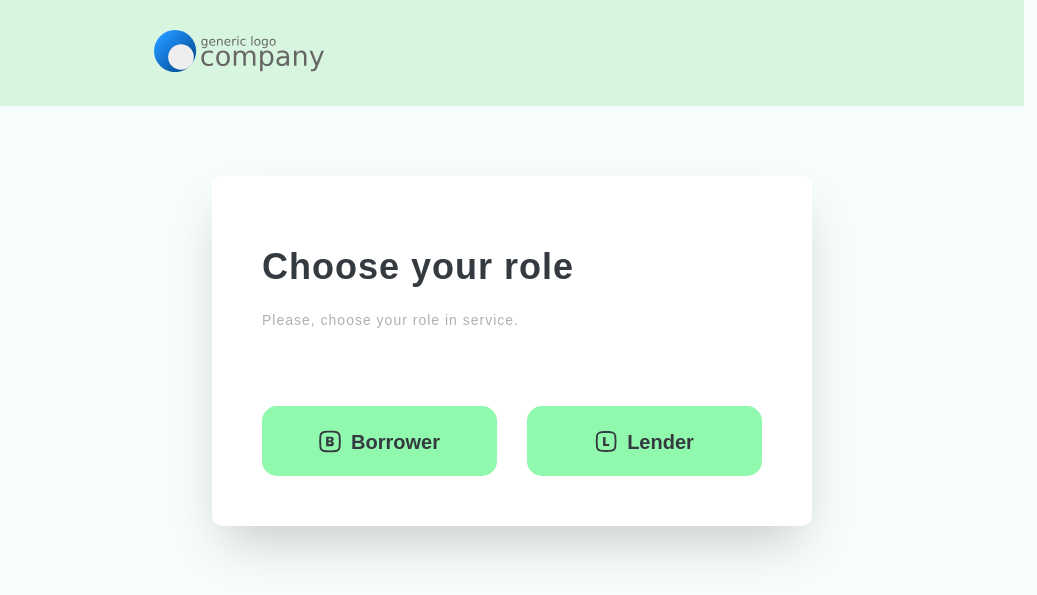
Repository: Andriy-Ma/widgetTask
Page: /
An editor plug-in stored every save of this project. The page is shown before and after a run of saves, followed by the edit.
The browser window is 1024 px wide. The page is 1024 px wide, then 1037 px, then 1024 px, so the pictures cover 1037 px, including what lies to the right of the window. The pictures show the whole page.
The page's requests for data from a server got no answer. Some web fonts or font styles are not loaded; a fallback is used. The project was rebuilt for these pictures with package versions that can differ from the ones it lists, and the page was loaded fresh each time. No one was signed in, and anything a server would have sent is missing. Also part of the build but not shown: src/components/Main/SelectedRoleForm/selectedRoleForm.module.css, src/components/Main/SelectedRoleForm/selectedRoleForm.jsx, src/components/Main/AgreeForm/agreeForm.module.css, src/components/Main/AgreeForm/agreeForm.jsx.

Above is the page before, as saved 2022-08-30 15:16:50.

After the next 2 saves:
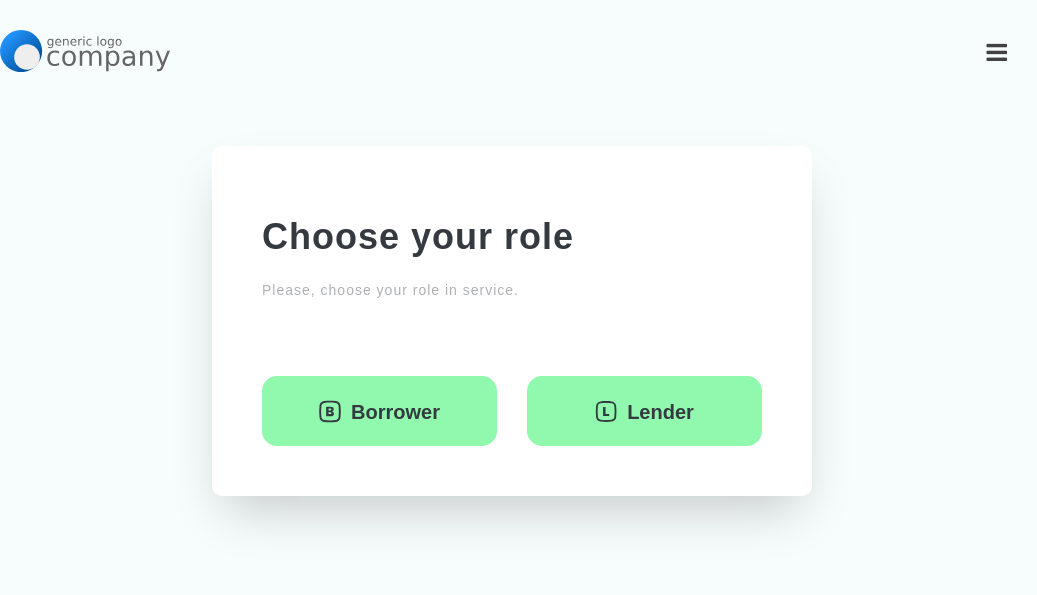
The 2 saves are shown as one change because they came seconds apart.
The last was saved 50 s later.
--- a/src/components/Header/header.module.css
+++ b/src/components/Header/header.module.css
@@ -23,9 +23,10 @@
     font-size: 16px;
     font-weight: 600;
 }
+.middleOfHeader a:last-child {
+    display: none;
+}
 .icon{
-    display: none;
-    color: #252a2e;
     transform: scale(1.5);
 }
 .middleOfHeader a:hover {
@@ -97,19 +98,13 @@
     }
  }
 
- @media screen and (max-width: 1200px) {
-    .middleOfHeader{
-        display: none;
+ @media screen and (max-width: 1250px) {
+    .middleOfHeader a {display: none;}
+    .middleOfHeader a:last-child {
+      float: right;
+      display: block;
     }
     .buttonsHeader{
         display: none;
     }
-    .icon{
-        display: block;
-    }
-    .header {
-        padding-top: 30px;
-        background-color: #56d85f31;
-        padding: 30px 15%;
-    }
   }

After the save that followed:
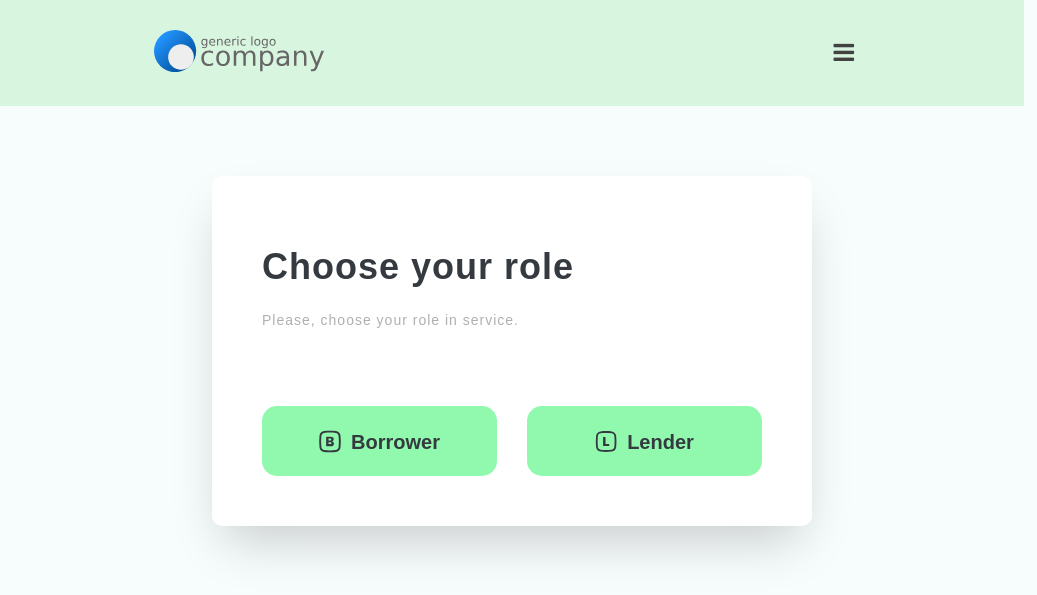
Saved 11 s later.
--- a/src/components/Header/header.module.css
+++ b/src/components/Header/header.module.css
@@ -107,4 +107,9 @@
     .buttonsHeader{
         display: none;
     }
+    .header {
+        padding-top: 30px;
+        background-color: #56d85f31;
+        padding: 30px 15%;
+    }
   }
